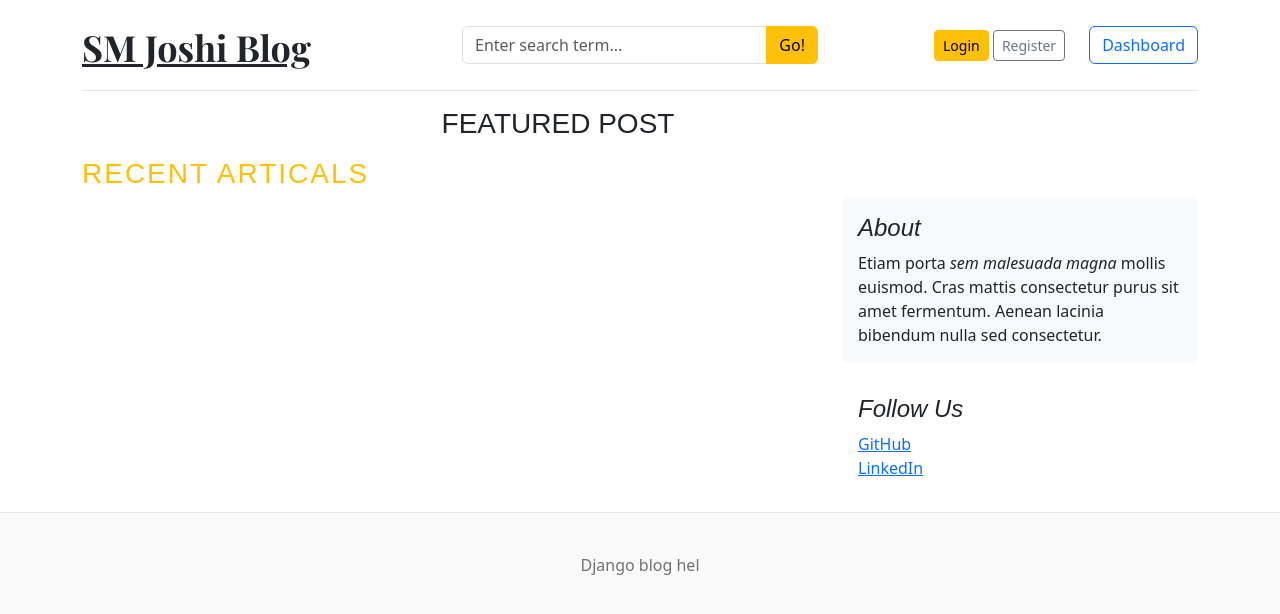
Repository: vijayholve/Blog-Website-Django
Page: templates/home.html
The author's editor kept a copy of each file at every save. The page is drawn from the files as they stood at one save, then again after a run of saves.
The browser window is 1280 px wide. The pictures show the whole page.
Some web fonts or font styles are not loaded; a fallback is used. The template is drawn by Django 5.2. The application's start-up code is not run. The template is opened directly, without the code that normally fills it, so the values that code supplies are empty.

Above is the page before, as saved 2025-01-29 16:24:27.

After the next 2 saves:
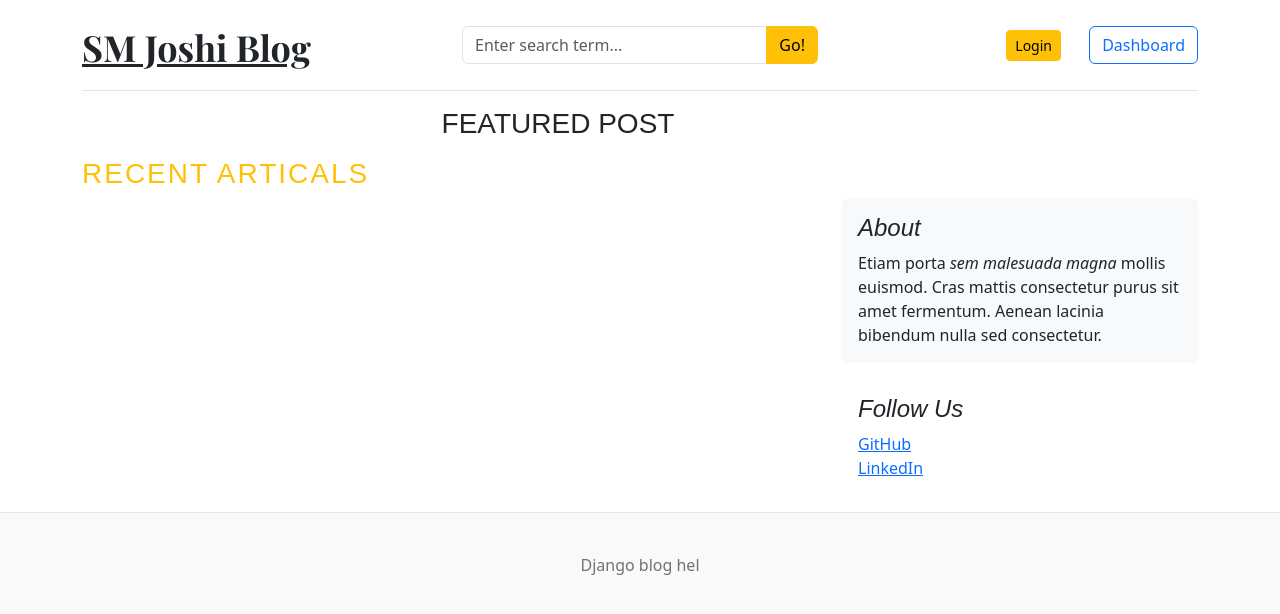
The 2 saves are shown as one change because they came seconds apart.
The last was saved 16 s later.
--- a/templates/base/header.html
+++ b/templates/base/header.html
@@ -35,10 +35,9 @@
           <div class="col-4 d-flex justify-content-end align-items-center">
             {% if not user.is_authenticated %}
             <a class="btn btn-sm btn-warning" href="{% url 'login' %}">Login</a> &nbsp;
-            <a class="btn btn-sm btn-outline-secondary" href="{% url 'register' %}">Register</a>
             <div class="nav-item ml-4">
               <div class="nav-link">
-                <a class="btn btn-outline-primary" href="{% url 'dashboard' %}">Dashboard</a>
+                <a class="btn btn-outline-primary" href="{% url 'register' %}">Dashboard</a>
               </div>
             </div>
             {% else %}
